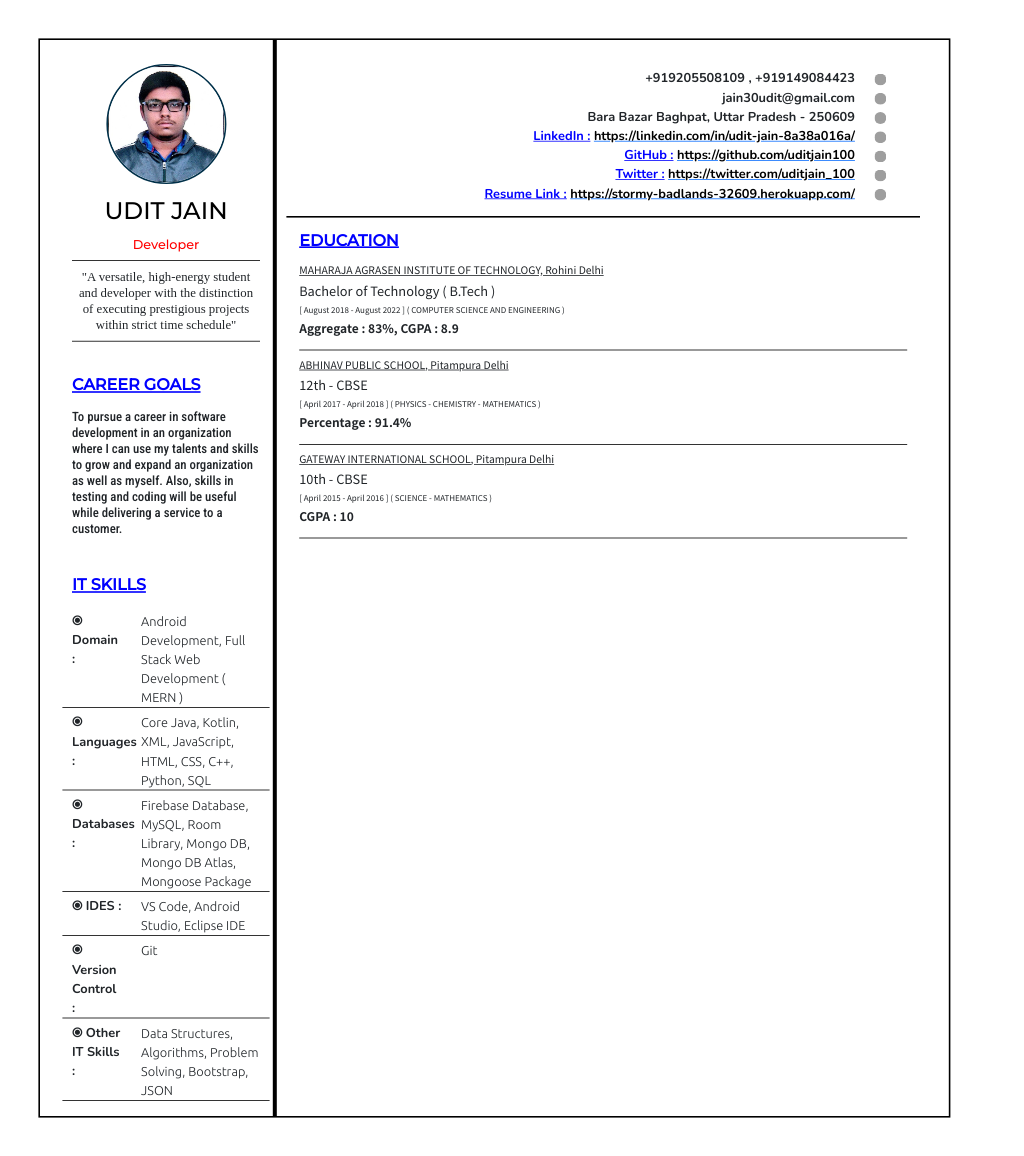
Repository: uditjain100/Resume
Page: app.html
These files come from the project's save history. The page is drawn as it stood at one moment and after the next save; the edit follows.
The browser window is 1280 px wide. The pictures show the whole page, at 80% of full size.
Pictures or frames that could not be fetched are drawn as grey boxes. Some web fonts or font styles are not loaded; a fallback is used.

Above is the page before, as saved 2021-05-27 17:21:41.

### app.html
<!DOCTYPE html>
<html lang="en">
	<head>
		<meta charset="UTF-8" />
		<meta http-equiv="X-UA-Compatible" content="IE=edge" />
		<meta name="viewport" content="width=device-width, initial-scale=1.0" />
		<title>RESUME : Udit Jain</title>
		<link rel="stylesheet" href="app.css" />
		<script
			src="https://code.jquery.com/jquery-3.5.1.min.js"
			integrity="sha256-9/aliU8dGd2tb6OSsuzixeV4y/faTqgFtohetphbbj0="
			crossorigin="anonymous"
		></script>
		<link
			href="https://cdn.jsdelivr.net/npm/bootstrap@5.0.0-beta1/dist/css/bootstrap.min.css"
			rel="stylesheet"
			integrity="sha384-giJF6kkoqNQ00vy+HMDP7azOuL0xtbfIcaT9wjKHr8RbDVddVHyTfAAsrekwKmP1"
			crossorigin="anonymous"
		/>

		<link rel="preconnect" href="https://fonts.gstatic.com" />
		<link
			href="https://fonts.googleapis.com/css2?family=Montserrat:wght@300;500&display=swap"
			rel="stylesheet"
		/>
		<link
			href="https://fonts.googleapis.com/css2?family=Roboto+Condensed:wght@500&display=swap"
			rel="stylesheet"
		/>
		<link
			href="https://fonts.googleapis.com/css2?family=Spartan:wght@500&display=swap"
			rel="stylesheet"
		/>
		<link
			href="https://fonts.googleapis.com/css2?family=Red+Hat+Display&display=swap"
			rel="stylesheet"
		/>
		<link
			href="https://fonts.googleapis.com/css2?family=Ubuntu:wght@300&display=swap"
			rel="stylesheet"
		/>
		<link
			href="https://fonts.googleapis.com/css2?family=Quicksand:wght@700&display=swap"
			rel="stylesheet"
		/>
		<link
			href="https://fonts.googleapis.com/css2?family=Nunito:wght@700&display=swap"
			rel="stylesheet"
		/>
		<link
			href="https://fonts.googleapis.com/css2?family=Akaya+Kanadaka&display=swap"
			rel="stylesheet"
		/>
		<link
			href="https://fonts.googleapis.com/css2?family=Poppins:wght@400&display=swap"
			rel="stylesheet"
		/>
		<link
			href="https://fonts.googleapis.com/css2?family=Noto+Sans+JP&display=swap"
			rel="stylesheet"
		/>
	</head>
	<body>
		<main class="container row my-5 mx-5" id="wholewindow">
			<section id="leftwindow" class="col-3">
				<article id="namebox">
					<img
						id="profileimg"
						src="profile.jpg"
						class="card-img-top"
						alt="..."
					/>
					<div class="card-body">
						<h3
							class="card-title"
							style="
								color: black;
								text-decoration: none;
								font-size: 30px;
								font-weight: 400;
							"
						>
							UDIT JAIN
						</h3>
						<h6 class="card-subtitle mx-auto">Developer</h6>
						<p id="summary">
							"A versatile, high-energy student and developer with the
							distinction of executing prestigious projects within strict time
							schedule"
						</p>
					</div>
				</article>
				<article id="goalbox">
					<div class="card-body">
						<h3 class="card-title">CAREER GOALS</h3>
						<p>
							To pursue a career in software development in an organization
							where I can use my talents and skills to grow and expand an
							organization as well as myself. Also, skills in testing and coding
							will be useful while delivering a service to a customer.
						</p>
					</div>
				</article>
				<article id="itskillsbox">
					<div class="card-body">
						<h3 class="card-title">IT SKILLS</h3>
						<ul class="list-group">
							<li id="itskillsitem" class="row">
								<span class="col-4" id="que">⦿ Domain : </span>
								<span class="col-8" id="ans"
									>Android Development, Full Stack Web Development ( MERN
									)</span
								>
							</li>
							<li id="itskillsitem" class="row">
								<span class="col-4" id="que">⦿ Languages : </span>
								<span class="col-8" id="ans"
									>Core Java, Kotlin, XML, JavaScript, HTML, CSS, C++, Python,
									SQL</span
								>
							</li>
							<li id="itskillsitem" class="row">
								<span class="col-4" id="que">⦿ Databases : </span>
								<span class="col-8" id="ans"
									>Firebase Database, MySQL, Room Library, Mongo DB, Mongo DB
									Atlas, Mongoose Package</span
								>
							</li>
							<li id="itskillsitem" class="row">
								<span class="col-4" id="que">⦿ IDES : </span>
								<span class="col-8" id="ans"
									>VS Code, Android Studio, Eclipse IDE</span
								>
							</li>
							<li id="itskillsitem" class="row">
								<span class="col-4" id="que">⦿ Version Control : </span>
								<span class="col-8" id="ans">Git</span>
							</li>
							<li id="itskillsitem" class="row">
								<span class="col-4" id="que">⦿ Other IT Skills : </span>
								<span class="col-8" id="ans"
									>Data Structures, Algorithms, Problem Solving, Bootstrap,
									JSON</span
								>
							</li>
						</ul>
					</div>
				</article>
			</section>
			<section id="rightwindow" class="col-9">
				<article class="card-body" id="contactbox">
					<ul class="list-group">
						<li id="contactitem" class="row">
							<div class="col-11">+919205508109 , +919149084423</div>
							<div class="col-1">
								<img
									src="https://cdn.jsdelivr.net/npm/simple-icons@3.0.1/icons/android.svg"
									alt=""
								/>
							</div>
						</li>
						<li id="contactitem" class="row">
							<div class="col-11">jain30udit@gmail.com</div>
							<div class="col-1">
								<img
									src="https://cdn.jsdelivr.net/npm/simple-icons@3.0.1/icons/gmail.svg"
									alt=""
								/>
							</div>
						</li>
						<li id="contactitem" class="row">
							<div class="col-11">
								Bara Bazar Baghpat, Uttar Pradesh - 250609
							</div>
							<div class="col-1">
								<img
									src="https://cdn.jsdelivr.net/npm/simple-icons@3.0.1/icons/googlemaps.svg"
									alt=""
								/>
							</div>
						</li>
						<li id="contactitem" class="row">
							<div class="col-11">
								<span>LinkedIn :</span>
								<a href="https://linkedin.com/in/udit-jain-8a38a016a/"
									><span id="link"
										>https://linkedin.com/in/udit-jain-8a38a016a/</span
									></a
								>
							</div>
							<div class="col-1">
								<img
									src="https://cdn.jsdelivr.net/npm/simple-icons@4.13.0/icons/linkedin.svg"
									alt=""
								/>
							</div>
						</li>
						<li id="contactitem" class="row">
							<div class="col-11">
								<span>GitHub :</span>
								<a href="https://github.com/uditjain100"
									><span id="link">https://github.com/uditjain100</span></a
								>
							</div>
							<div class="col-1">
								<img
									src="https://cdn.jsdelivr.net/npm/simple-icons@4.13.0/icons/github.svg"
									alt=""
								/>
							</div>
						</li>
						<li id="contactitem" class="row">
							<div class="col-11">
								<span>Twitter :</span>
								<a href="https://twitter.com/uditjain_100"
									><span id="link">https://twitter.com/uditjain_100</span></a
								>
							</div>
							<div class="col-1">
								<img
									src="https://cdn.jsdelivr.net/npm/simple-icons@4.13.0/icons/twitter.svg"
									alt=""
								/>
							</div>
						</li>
						<li id="contactitem" class="row">
							<div class="col-11">
								<span>Resume Link :</span>
								<a href="https://stormy-badlands-32609.herokuapp.com/"
									><span id="link"
										>https://stormy-badlands-32609.herokuapp.com/</span
									></a
								>
							</div>
							<div class="col-1">
								<img
									src="https://cdn.jsdelivr.net/npm/simple-icons@4.13.0/icons/webpack.svg"
									alt=""
								/>
							</div>
						</li>
					</ul>
				</article>

				<article id="educationbox" style="border: none">
					<div class="card-body">
						<h3 class="card-title">EDUCATION</h3>
						<ul class="list-group">
							<li id="educationitem">
								<h6 id="institutename">
									MAHARAJA AGRASEN INSTITUTE OF TECHNOLOGY, Rohini Delhi
								</h6>
								<h6 id="stream">Bachelor of Technology ( B.Tech )</h6>
								<h6 id="subjects">
									[ August 2018 - August 2022 ] ( COMPUTER SCIENCE AND
									ENGINEERING )
								</h6>
								<h6 id="marks">Aggregate : 83%, CGPA : 8.9</h6>
							</li>
							<li id="educationitem">
								<h6 id="institutename">
									ABHINAV PUBLIC SCHOOL, Pitampura Delhi
								</h6>
								<h6 id="stream">12th - CBSE</h6>
								<h6 id="subjects">
									[ April 2017 - April 2018 ] ( PHYSICS - CHEMISTRY -
									MATHEMATICS )
								</h6>
								<h6 id="marks">Percentage : 91.4%</h6>
							</li>
							<li id="educationitem">
								<h6 id="institutename">
									GATEWAY INTERNATIONAL SCHOOL, Pitampura Delhi
								</h6>
								<h6 id="stream">10th - CBSE</h6>
								<h6 id="subjects">
									[ April 2015 - April 2016 ] ( SCIENCE - MATHEMATICS )
								</h6>
								<h6 id="marks">CGPA : 10</h6>
							</li>
						</ul>
					</div>
				</article>
			</section>
		</main>
	</body>
</html>

### app.css
/* * Common Section */

@keyframes transitionIn {
	from {
		opacity: 0;
		transform: rotateY(-10deg);
	}
	to {
		opacity: 1;
		transform: rotateY(0);
	}
}

html {
	animation: transitionIn 1s;
}

p {
	font-family: "Roboto Condensed", sans-serif;
	line-height: 20px;
}

ul {
	list-style: none;
}

.card {
	background-color: black;
}

.card-title {
	font-family: "Montserrat";
	color: blue;
	text-decoration: underline;
	font-weight: 900;
	font-size: 20px;
	padding-bottom: 10px;
	border: none;
}

.footer {
	position: -webkit-sticky;
	left: 0;
	bottom: 0;
	width: 100%;
	color: white;
	text-align: center;
	font-family: "Montserrat";
}

/*  ********************* resume work */

#wholewindow {
	margin-top: 100px;
	border: 2px black solid;
	display: flex;
	flex-direction: row;
	flex-wrap: wrap;
	justify-content: space-evenly;
	/* align-items: center; */
}

#leftwindow {
	border-right: 5px black solid;
	padding: 20px 0px 0px 0px;
	min-width: 250px;
}

#rightwindow {
	padding-top: 20px;
	min-width: 250px;
}

#namebox {
	display: flex;
	flex-direction: column;
	flex-wrap: wrap;
	align-items: center;
	text-align: center;
	font-family: "Montserrat";
}

#profileimg {
	width: 150px;
	height: 150px;
	border-radius: 50%;
	border: 2px #003049 solid;
	margin-top: 10px;
}
#summary {
	font-family: "Akaya Kanadaka";
	margin-top: 10px;
	margin-bottom: 10px;
	padding-top: 10px;
	padding-bottom: 10px;

	border-bottom: 1px black solid;
	border-top: 1px black solid;
}

.card-subtitle {
	color: red;
}

#itskillsitem,
#managementskillsitem {
	border-bottom: 1px black solid;
	margin-top: 3px;
	margin-bottom: 3px;
}

#que {
	font-family: "Nunito";
	font-weight: 900;
	text-align: left;
}

#ans {
	font-family: "Ubuntu";
	font-weight: 400;
	text-align: left;
}

li img {
	width: 15px;
	height: 15px;
	border-radius: 50%;
	margin-right: 5px;
}

#contactbox {
	border-bottom: 2px black solid;
}

#contactitem {
	font-family: "Nunito";
}

#contactitem .col-11 {
	text-align: end;
}

#contactitem .col-11 span {
	font-weight: 600;
	color: blue;
	text-decoration: underline;
}

#contactitem .col-11 a span {
	color: black;
	text-decoration: none;
}

#educationtitle {
	font-family: "Red Hat Display";
	font-weight: 200;
}

#educationitem,
#projectitem {
	margin-bottom: 10px;
	padding-bottom: 10px;
	border-bottom: 1px black solid;
}

#educationbox {
	font-family: "Noto Sans JP";
}

#institutename {
	text-decoration: underline;
	font-size: 13px;
}

#timestamp {
	font-size: 13px;
}

#stream {
	font-size: 16px;
	font-weight: 400;
}

#subjects {
	font-size: 10px;
	font-weight: 300;
}

#marks {
	font-size: 15px;
	font-weight: 700;
}

#projecttitle {
	font-family: "Red Hat Display";
	font-weight: 400;
}

#projectdetails {
	margin-left: 25px;
}

After the next save:
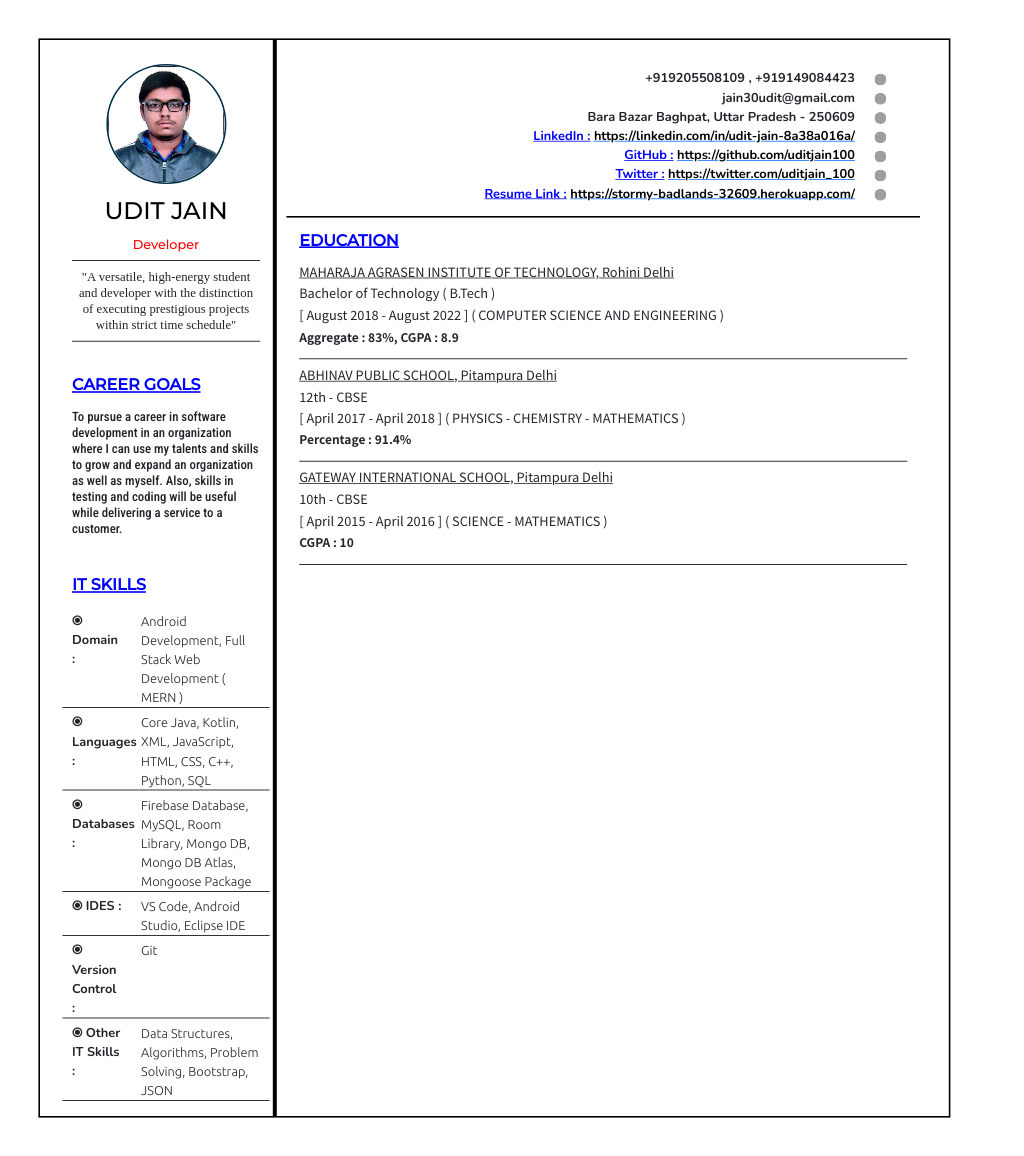
Saved 36 s later.
--- a/app.css
+++ b/app.css
@@ -165,24 +165,24 @@ li img {
 
 #educationbox {
 	font-family: "Noto Sans JP";
+	font-size: 13px;
 }
 
 #institutename {
 	text-decoration: underline;
-	font-size: 13px;
 }
 
 #timestamp {
-	font-size: 13px;
+	/* font-size: 13px; */
 }
 
 #stream {
-	font-size: 16px;
+	/* font-size: 16px; */
 	font-weight: 400;
 }
 
 #subjects {
-	font-size: 10px;
+	/* font-size: 10px; */
 	font-weight: 300;
 }
 
